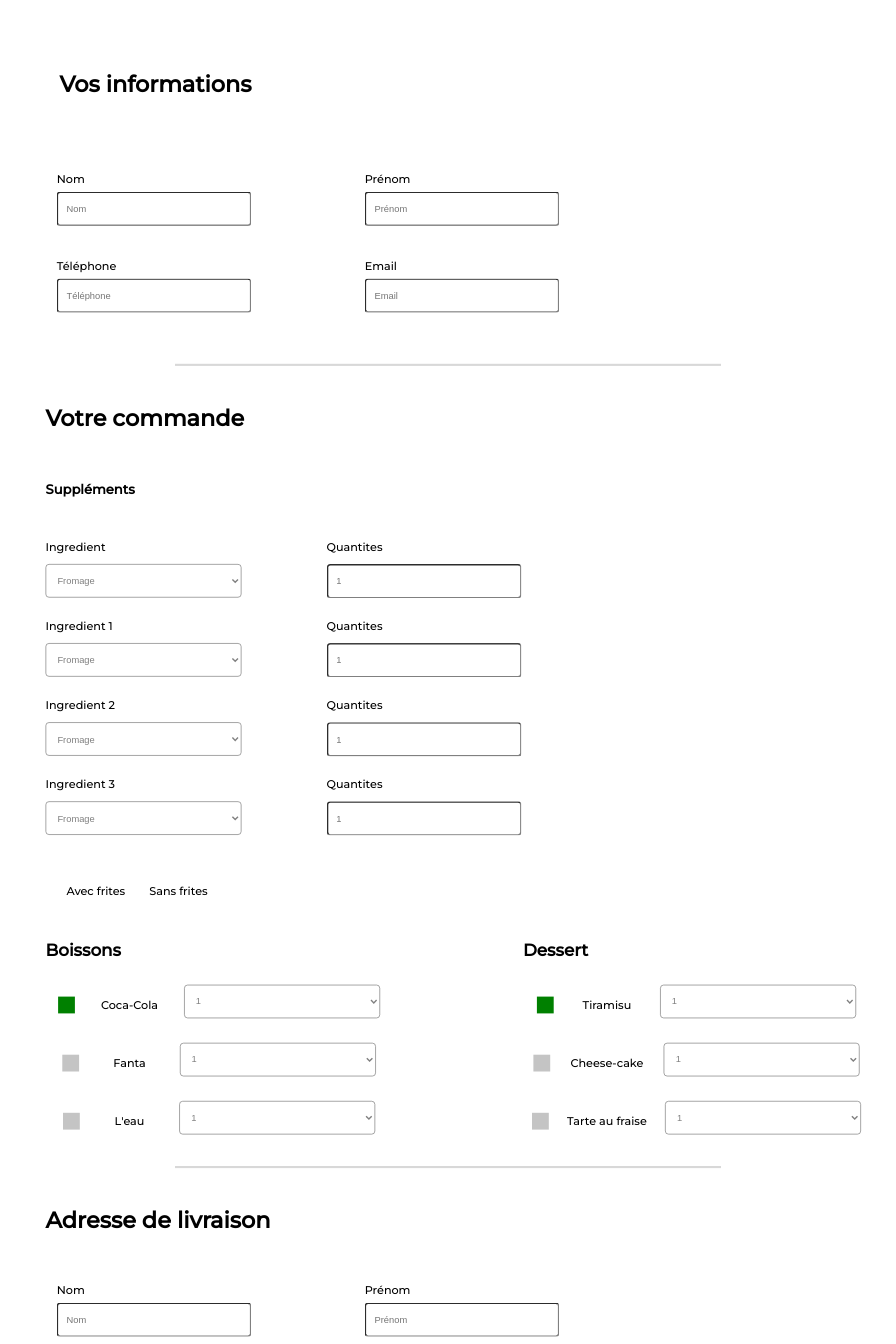
Repository: Ahlam-belhadj/bella-olange
Page: index2.html
The author's editor kept a copy of each file at every save. The page is drawn from the files as they stood at one save, then again after the next save.
The browser window is 1280 px wide. The pictures show the part of the page from y = 704 to 2624 px (the page is 3199 px tall), at 70% of full size.

Above is the page before, as saved 2023-02-14 14:55:28.

After the next save:
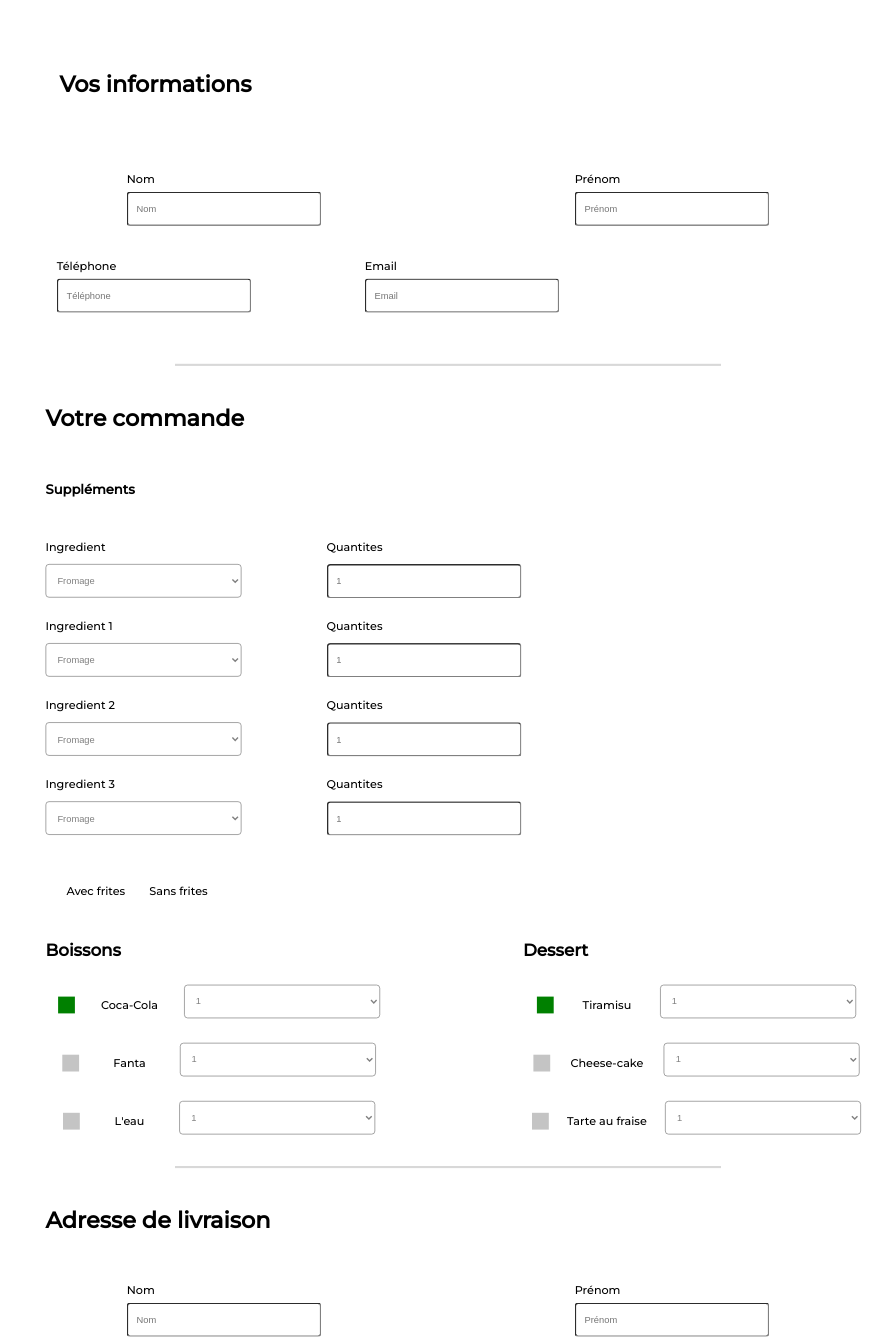
Saved 50 s later.
--- a/style2.css
+++ b/style2.css
@@ -192,7 +192,7 @@ hr {
 .nom_prenom {
     display: flex;
     justify-content: space-around;
-    padding-right: 400px;
+    padding-right: 0px;
     padding-bottom: 28px;
 }
 .telephone_email {
